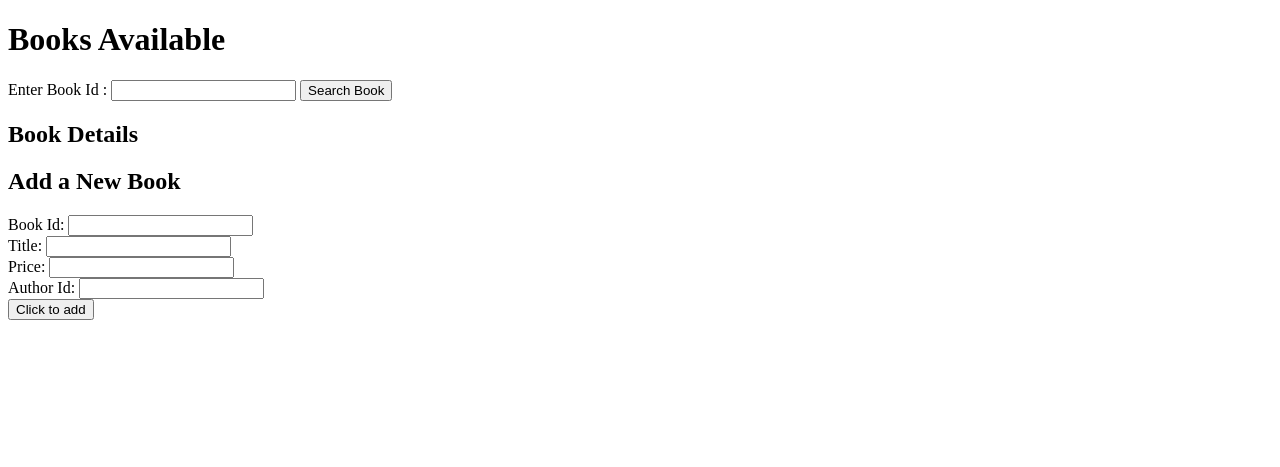
Repository: Jyoshika1263/Java-Training_Genpact
Page: shop/src/main/resources/static/book.html
These files come from the project's save history. The page is drawn as it stood at one moment and after the next save; the edit follows.
The browser window is 1280 px wide. The pictures show the whole page.
The page's requests for data from a server got no answer.

Above is the page before, as saved 2025-03-03 09:33:18.

After the next save:
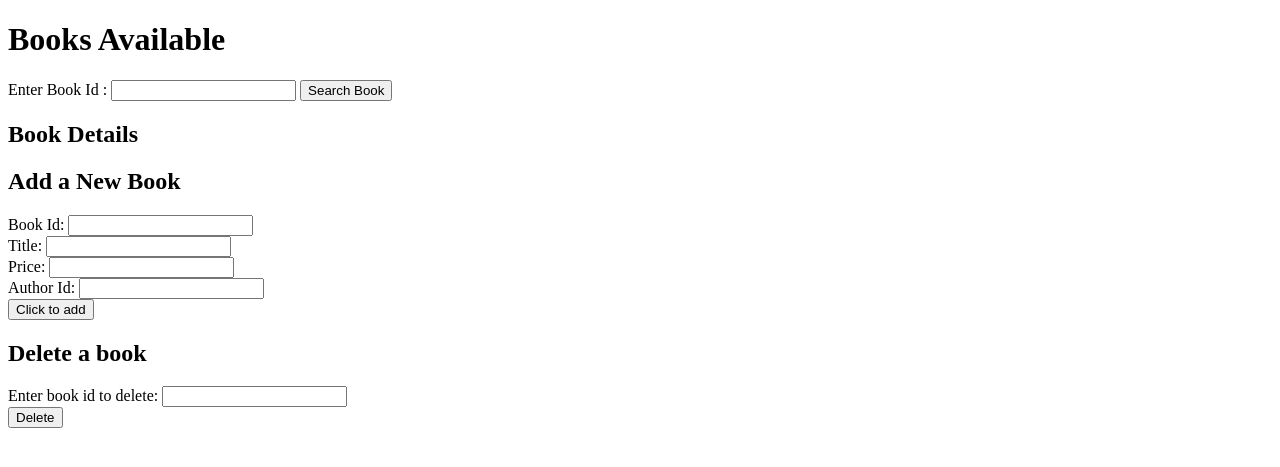
Saved 4 min 45 s later.
--- a/shop/src/main/resources/static/book.html
+++ b/shop/src/main/resources/static/book.html
@@ -35,6 +35,11 @@
 <label for="newAuthorId">Author Id:</label>
 <input type="number" id="newAuthorId"><br>
 <button onclick="submitBooks()">Click to add</button>
+
+<h2>Delete a book</h2>
+<label for="deleteBookId">Enter book id to delete:</label>
+<input type="number" id="deleteBookId"><br>
+<button onclick="deleteBook()">Delete</button>
 
 <script>
 
